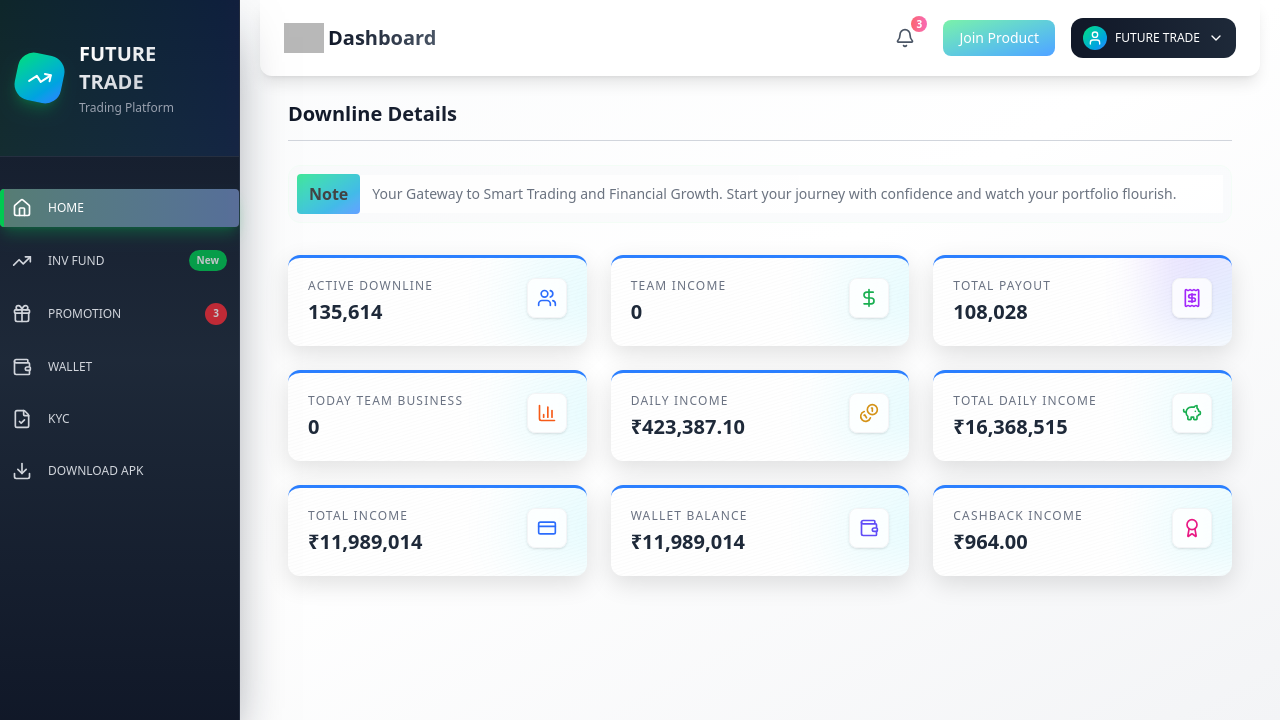
Repository: GauraVPandeyyy/Trade
Page: /
These files come from the project's save history. The page is drawn as it stood at one moment and after the next save; the edit follows.
The browser window is 1280 px wide. The pictures show the whole page.
Pictures or frames that could not be fetched are drawn as grey boxes. The project was rebuilt for these pictures with package versions that can differ from the ones it lists, and the page was loaded fresh each time. Some packages were replaced by stand-ins written for this rebuild. Also part of the build but not shown: vite.config.js, src/pages/Home.jsx, src/pages/InvFund.jsx, src/pages/Promotion.jsx, src/pages/Wallet.jsx, src/pages/Kyc.jsx, src/pages/DownloadApk.jsx.

Above is the page before, as saved 2025-08-02 13:38:52.

### src/main.jsx
import { StrictMode } from 'react'
import { createRoot } from 'react-dom/client'
import './index.css'
import App from './App.jsx'
import { BrowserRouter, RouterProvider } from 'react-router-dom'
import router from './routes.jsx/router.jsx'

createRoot(document.getElementById('root')).render(
  <StrictMode>
    <RouterProvider router={router} />
  </StrictMode>,
)

### src/App.jsx
import React from 'react'
import Sidebar from './components/Sidebar'
import { Outlet } from 'react-router-dom'
import Dashboard from './pages/Dashboard'
function App() {
  return (
    // <div className='text-center bg-gray-950 relative text-white min-h-screen w-screen'>
    //   <div className='absolute top-0 left-0 bottom-0 w-[300px] h-screen'>
    //     <Sidebar />
    //   </div>
    //   <Outlet />
    //   <h1>hello from h1</h1>
    // </div>
    <Dashboard />
  )
}

export default App

### src/routes.jsx/router.jsx
import App from "../App";
import Home from "../pages/Home";
import InvFund from "../pages/InvFund";
import Promotion from "../pages/Promotion";
import Wallet from "../pages/Wallet";
import Kyc from "../pages/Kyc";
import DownloadApk from "../pages/DownloadApk";
import { createBrowserRouter } from "react-router-dom";

const router = createBrowserRouter([
    {
        path: "/",
        element: <App />,
        children: [
            { path: "", element: <Home /> },
            { path: "inv-fund", element: <InvFund /> },
            { path: "promotion", element: <Promotion /> },
            { path: "wallet", element: <Wallet /> },
            { path: "kyc", element: <Kyc /> },
            { path: "download", element: <DownloadApk /> },
        ],
    },
]);

export default router;

### src/pages/Dashboard.jsx
import React, { useState, useEffect } from 'react';
import {
  Home,
  TrendingUp,
  Gift,
  Wallet,
  FileCheck,
  Download,
  Menu,
  X,
  Bell,
  ChevronDown,
  Users,
  DollarSign,
  CreditCard,
  BarChart3,
  PiggyBank,
  Coins,
  Receipt,
  Award,
  Search,
  Settings,
  LogOut,
  User
} from 'lucide-react';
import Sidebar from '../components/Sidebar';
import Header from '../components/Header';
import DashboardCard from '../components/DashboardCard'
// Enhanced hook for sidebar with responsive behavior
const useSidebarToggle = () => {
  const [isOpen, setIsOpen] = useState(false);
  const [isMobile, setIsMobile] = useState(false);

  useEffect(() => {
    const checkScreenSize = () => {
      setIsMobile(window.innerWidth < 768);
      if (window.innerWidth >= 768) {
        setIsOpen(false); // Reset mobile state when going to desktop
      }
    };

    checkScreenSize();
    window.addEventListener('resize', checkScreenSize);
    return () => window.removeEventListener('resize', checkScreenSize);
  }, []);

  const toggle = () => setIsOpen(!isOpen);
  const close = () => setIsOpen(false);

  return { isOpen, toggle, close, isMobile };
};



// Main Dashboard Component
const Dashboard = () => {
  const { isOpen, toggle, close, isMobile } = useSidebarToggle();
  const [statsVisible, setStatsVisible] = useState(false);

  useEffect(() => {
    const timer = setTimeout(() => setStatsVisible(true), 300);
    return () => clearTimeout(timer);
  }, []);

  const dashboardData = [
    { icon: Users, label: "Active Downline", value: "135,614", color: "text-blue-600", trend: 12.5 },
    { icon: DollarSign, label: "Team Income", value: "0", color: "text-green-600", trend: 0 },
    { icon: Receipt, label: "Total Payout", value: "108,028", color: "text-purple-600", trend: -2.1 },
    { icon: BarChart3, label: "Today Team Business", value: "0", color: "text-orange-600", trend: 0 },
    { icon: Coins, label: "Daily Income", value: "₹423,387.10", color: "text-yellow-600", trend: 8.3 },
    { icon: PiggyBank, label: "Total Daily Income", value: "₹16,368,515", color: "text-green-600", trend: 15.7 },
    { icon: CreditCard, label: "Total Income", value: "₹11,989,014", color: "text-blue-600", trend: 22.4 },
    { icon: Wallet, label: "Wallet Balance", value: "₹11,989,014", color: "text-indigo-600", trend: 5.2 },
    { icon: Award, label: "Cashback Income", value: "₹964.00", color: "text-pink-600", trend: 3.1 },
  ];

  return (
    <div className="flex min-h-screen bg-gradient-to-br from-gray-50 via-white to-gray-100">
      {/* Sidebar */}
      <Sidebar isOpen={isOpen} onClose={close} isMobile={isMobile} />

      {/* Main Content */}
      <div className={`flex-1 flex flex-col transition-all duration-300 px-5 ${!isMobile ? 'ml-0' : ''}`}>
        {/* Header */}
        <Header onMenuClick={toggle} isMobile={isMobile} />

        {/* Main Content Area */}
        <main className="flex-1 py-6 px-7 space-y-8">
          {/* Page Header */}
          <div className={`transform transition-all duration-500 ${statsVisible ? 'translate-y-0 opacity-100' : 'translate-y-4 opacity-0'}`}>
            <div className="mb-6">

              <h2 className="text-xl font-semibold bg-gradient-to-r from-gray-900 to-gray-600 bg-clip-text text-transparent mb-3">
                Downline Details
              </h2>
              <hr className='w-[100%] text-gray-300' />
              {/* <p className="text-gray-600 text-sm">Monitor your network growth and earnings</p> */}

            </div>

            {/* Enhanced Note Section */}
            <div className="relative bg-gradient-to-r from-gray-50 to-gray-50 border border-green-50 rounded-xl p-2 mb-6 overflow-hidden animate-pulse">
              {/* <div className="absolute inset-0 bg-gradient-to-r from-green-500/5 to-blue-500/5"></div> */}
              <div className="relative flex items-center space-x-0">
                {/* <div className="w-10 h-10 bg-gradient-to-br from-green-500 to-blue-500 rounded-2xl flex items-center justify-center text-white shadow-lg">
                  <Gift size={20} />
                </div> */}

                <h5 className='font-bold bg-gradient-to-br from-green-400 to-blue-500 px-3 py-2 rounded'>
                  Note
                </h5>

                <div className="flex-1">
                  {/* <h3 className="text-md font-semibold text-gray-900 ">Welcome to Future Trade</h3> */}
                  <p className="text-gray-700 leading-relaxed text-[14px] bg-white py-2 px-3">
                    Your Gateway to Smart Trading and Financial Growth. Start your journey with confidence and watch your portfolio flourish.
                  </p>
                </div>
              </div>
            </div>
          </div>

          {/* Dashboard Cards Grid */}
          <div className="grid grid-cols-1 md:grid-cols-2 lg:grid-cols-3 gap-6">
            {dashboardData.map((card, index) => (
              <DashboardCard
                key={index}
                icon={card.icon}
                label={card.label}
                value={card.value}
                colorClass={card.color}
                trend={card.trend}
                delay={100}
              />
            ))}
          </div>

          {/* Quick Actions */}
          {/* <div className="mt-8">
            <h3 className="text-xl font-semibold text-gray-900 mb-4">Quick Actions</h3>
            <div className="grid grid-cols-2 md:grid-cols-4 gap-4">
              {[
                { icon: TrendingUp, label: "New Investment", color: "from-green-500 to-green-600" },
                { icon: Users, label: "Invite Friends", color: "from-blue-500 to-blue-600" },
                { icon: Wallet, label: "Withdraw Funds", color: "from-purple-500 to-purple-600" },
                { icon: BarChart3, label: "View Reports", color: "from-orange-500 to-orange-600" },
              ].map((action, index) => (
                <button
                  key={index}
                  className={`
                    p-6 bg-gradient-to-br ${action.color} text-white rounded-2xl
                    hover:scale-105 hover:shadow-lg transition-all duration-300
                    group relative overflow-hidden
                  `}
                  style={{ animationDelay: `${index * 100}ms` }}
                >
                  <div className="relative z-10 text-center">
                    <action.icon size={24} className="mx-auto mb-2 group-hover:scale-110 transition-transform duration-300" />
                    <p className="text-sm font-medium">{action.label}</p>
                  </div>
                  <div className="absolute inset-0 bg-gradient-to-r from-white/20 to-transparent transform -skew-x-12 -translate-x-full group-hover:translate-x-full transition-transform duration-1000"></div>
                </button>
              ))}
            </div>
          </div> */}

          {/* <div className="mt-10">
            <h3 className="text-2xl font-bold text-gray-900 mb-6">Quick Actions</h3>
            <div className="grid grid-cols-2 md:grid-cols-4 gap-5">
              {[
                {
                  icon: TrendingUp,
                  label: "New Investment",
                  color: "from-teal-500 to-cyan-600",
                  hoverColor: "hover:shadow-teal-500/20",
                  iconBg: "bg-teal-400/10"
                },
                {
                  icon: Users,
                  label: "Invite Friends",
                  color: "from-indigo-500 to-blue-500",
                  hoverColor: "hover:shadow-indigo-500/20",
                  iconBg: "bg-indigo-400/10"
                },
                {
                  icon: Wallet,
                  label: "Withdraw Funds",
                  color: "from-violet-600 to-purple-500",
                  hoverColor: "hover:shadow-violet-600/20",
                  iconBg: "bg-violet-400/10"
                },
                {
                  icon: BarChart3,
                  label: "View Reports",
                  color: "from-amber-400 to-orange-500",
                  hoverColor: "hover:shadow-amber-500/20",
                  iconBg: "bg-amber-400/10"
                }
              ].map((action, index) => (
                <button
                  key={index}
                  className={`
          p-6 bg-gradient-to-br ${action.color} text-white rounded-2xl
          hover:scale-[1.03] transform transition-all duration-300 ease-out
          shadow-md hover:shadow-lg ${action.hoverColor}
          group relative overflow-hidden border border-white/10
          flex flex-col items-center justify-center
          before:absolute before:inset-0 before:bg-white/5 before:opacity-0
          before:transition-opacity before:duration-300 hover:before:opacity-100
        `}
                  style={{
                    animationDelay: `${index * 100}ms`,
                    transitionDelay: `${index * 50}ms`
                  }}
                >

                  <div className="absolute inset-0 overflow-hidden">
                    <div className="absolute -inset-y-full -left-20 w-40 bg-white/30 transform rotate-12
            group-hover:animate-shimmer transition-all duration-1000" />
                  </div>

                  <div className="relative z-10 flex flex-col items-center">
                    <div className={`
            p-3 mb-3 rounded-xl bg-white/10 backdrop-blur-sm
            border border-white/20 group-hover:bg-white/15
            transition-all duration-300
          `}>
                      <action.icon
                        size={22}
                        className="group-hover:scale-110 transition-transform duration-300"
                        strokeWidth={1.5}
                      />
                    </div>
                    <p className="text-sm font-semibold tracking-wide">{action.label}</p>
                  </div>


                  <div className={`
          absolute -bottom-4 -right-4 w-16 h-16 rounded-full blur-lg
          bg-white/10 group-hover:bg-white/20 transition-all duration-500
        `}></div>
                </button>
              ))}
            </div>
          </div> */}
        </main>
      </div>

      <style jsx>{`
        @keyframes fadeInScale {
          from {
            opacity: 0;
            transform: scale(0.95) translateY(-10px);
          }
          to {
            opacity: 1;
            transform: scale(1) translateY(0);
          }
        }

        .animate-fadeInScale {
          animation: fadeInScale 0.2s ease-out;
        }
      `}</style>
    </div>
  );
};

export default Dashboard;

### src/components/DashboardCard.jsx
import { useState, useEffect } from 'react';


const DashboardCard = ({ icon: Icon, label, value, colorClass = "text-blue-600", trend, delay = 0 }) => {
  const [isVisible, setIsVisible] = useState(false);

  useEffect(() => {
    const timer = setTimeout(() => setIsVisible(true), delay);
    return () => clearTimeout(timer);
  }, [delay]);

  return (
    // <div
    //   className={`
    //     group relative bg-white rounded-2xl px-3 py-3 shadow-sm bg-gradient-to-br from-indigo-00 via-cyan-300 to-emerald-200  border border-gray-200
    //     hover:shadow-xl hover:shadow-gray-200/50 transition-all duration-300 cursor-pointer
    //     hover:-translate-y-2 hover:border-gray-200
    //     transform ${isVisible ? 'translate-y-0 opacity-100' : 'translate-y-8 opacity-0'}
    //     before:absolute before:inset-0 before:rounded-xl before:bg-gradient-to-r
    //     before:from-transparent before:via-transparent before:to-gray-50/50
    //     before:opacity-0 hover:before:opacity-100 before:transition-opacity before:duration-300
    //   `}
    //   style={{ transitionDelay: `${delay}ms` }}
    // >
    //   {/* Gradient overlay on hover */}
    //   <div className="absolute inset-0 rounded-xl bg-gradient-to-br from-white to-gray-50/30 opacity-0 group-hover:opacity-100 transition-opacity duration-300"></div>

    //   <div className="relative z-10 flex items-start justify-between">
    //     <div className="flex-1">
    //       <p className="text-xs font-medium text-gray-500 mb-2 tracking-wide uppercase">{label}</p>
    //       <div className="flex items-baseline space-x-2">
    //         <p className="text-lg font-bold text-gray-900 tracking-tight">{value}</p>
    //         {trend && (
    //           <span className={`text-xs font-medium ${trend >= 0 ? 'text-green-600' : 'text-red-600'}`}>
    //             {trend > 0 ? '+' : ''}{trend}%
    //           </span>
    //         )}
    //       </div>
    //     </div>
    //     <div className={`
    //       p-3 rounded-2xl transition-all duration-500 group-hover:scale-110 group-hover:rotate-6
    //       bg-gradient-to-br from-gray-50 to-gray-100 group-hover:from-white group-hover:to-gray-50
    //       ${colorClass} group-hover:shadow-lg
    //     `}>
    //       <Icon size={28} className="transition-transform duration-500 group-hover:scale-110" />
    //     </div>
    //   </div>

    //   {/* Animated bottom border */}
    //   <div className={`absolute bottom-0 left-0 h-1 bg-gradient-to-r ${colorClass.replace('text-', 'from-')} to-transparent rounded-b-2xl transition-all duration-500 w-0 group-hover:w-full`}></div>
    // </div>

    <div
      className={`
    relative h-auto border-t-3 rounded-xl p-5 overflow-hidden
    bg-white  border-t-blue-500
    shadow-[0_8px_24px_rgba(0,0,0,0.12)] hover:shadow-[0_12px_16px_rgba(0,0,0,0.18)]
    transition-all duration-300 ease-out
    transform ${isVisible ? 'translate-y-0 opacity-100' : 'translate-y-8 opacity-0'}
    hover:-translate-y-2 cursor-pointer
    group
  `}
      style={{ transitionDelay: `${delay}ms` }}
    >
      {/* Premium SVG background */}
      <div className="absolute inset-0 opacity-10 group-hover:opacity-20 transition-opacity duration-700">
        <svg width="100%" height="100%" viewBox="0 0 256 256" preserveAspectRatio="none">
          <defs>
            <pattern id="diagonalHatch" patternUnits="userSpaceOnUse" width="10" height="10">
              <path d="M-1,1 l2,-2 M0,10 l10,-10 M9,11 l2,-2" stroke="#888" strokeWidth="0.5" />
            </pattern>
          </defs>
          <rect width="100%" height="100%" fill="url(#diagonalHatch)" />
        </svg>
      </div>

      {/* Floating gradient accent */}
      <div className={`
    absolute -top-20 -right-20 w-40 h-40 rounded-xl blur-xl opacity-20
    bg-gradient-to-br ${colorClass.replace('text-', 'from-')} to-cyan-300
    transition-all duration-1000 group-hover:opacity-30 group-hover:-top-16
  `}></div>

      <div className="relative z-10 h-full flex flex-col">
        <div className="flex justify-between items-start">
          <div>
            <p className="text-xs font-medium text-gray-500 mb-1 tracking-widest uppercase">{label}</p>
            <p className="text-xl font-bold text-gray-800">{value}</p>
          </div>

          {/* Icon placed in top-right corner with better styling */}
          <div className={`
        w-10 h-10 rounded-lg flex items-center justify-center
        bg-white/80 backdrop-blur-sm shadow-sm
        border border-gray-100
        transition-all duration-500 group-hover:scale-110 group-hover:rotate-12
        ${colorClass}
      `}>
            <Icon size={20} className="opacity-90" />
          </div>
        </div>

        {/* {trend !== null && trend !== undefined && (
          <div className={`mt-auto w-fit inline-flex items-center px-3 py-1.5 rounded-full text-xs font-medium
    ${trend > 0 ? 'bg-green-50 text-green-700' : 'bg-red-50 text-red-700'}`}>
            {trend > 0 ? (
              <svg className="w-3 h-3 mr-1.5" fill="currentColor" viewBox="0 0 20 20">
                <path fillRule="evenodd" d="M14.707 12.707a1 1 0 01-1.414 0L10 9.414l-3.293 3.293a1 1 0 01-1.414-1.414l4-4a1 1 0 011.414 0l4 4a1 1 0 010 1.414z" clipRule="evenodd" />
              </svg>
            ) : (
              <svg className="w-3 h-3 mr-1.5" fill="currentColor" viewBox="0 0 20 20">
                <path fillRule="evenodd" d="M5.293 7.293a1 1 0 011.414 0L10 10.586l3.293-3.293a1 1 0 111.414 1.414l-4 4a1 1 0 01-1.414 0l-4-4a1 1 0 010-1.414z" clipRule="evenodd" />
              </svg>
            )}
            {Math.abs(trend)}%
          </div>
        )} */}

      </div>

      {/* Interactive border animation */}
      <div className={`
    absolute inset-0 rounded-2xl pointer-events-none
    border-2 border-transparent group-hover:border-white/30
    transition-all duration-700
  `}></div>
    </div>
  );
};

export default DashboardCard;

Loaded but not shown: index.html (common file); src/index.css (common file); src/components/Header.jsx (117 lines, source omitted); src/components/Sidebar.jsx (169 lines, source omitted)

After the next save:
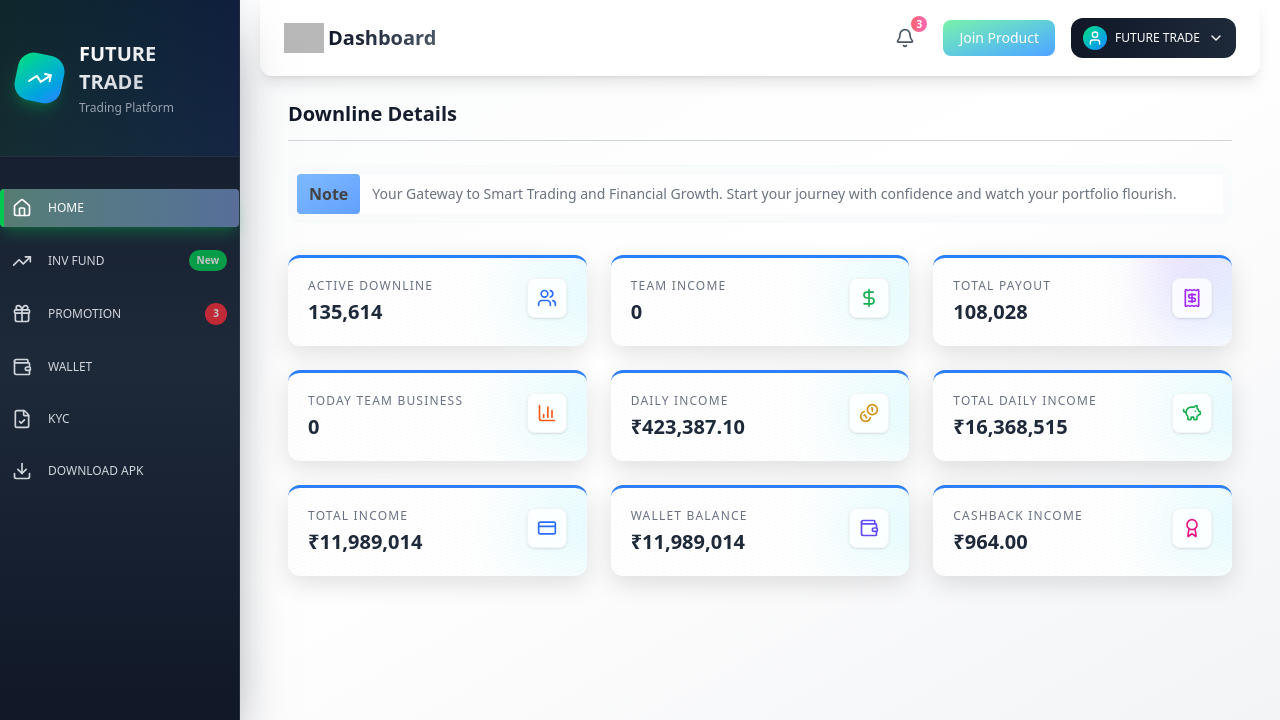
Saved 9 s later.
--- a/src/pages/Dashboard.jsx
+++ b/src/pages/Dashboard.jsx
@@ -106,7 +106,7 @@
                   <Gift size={20} />
                 </div> */}
 
-                <h5 className='font-bold bg-gradient-to-br from-green-400 to-blue-500 px-3 py-2 rounded'>
+                <h5 className='font-bold bg-gradient-to-br from-blue-400 to-blue-500 px-3 py-2 rounded'>
                   Note
                 </h5>
 
